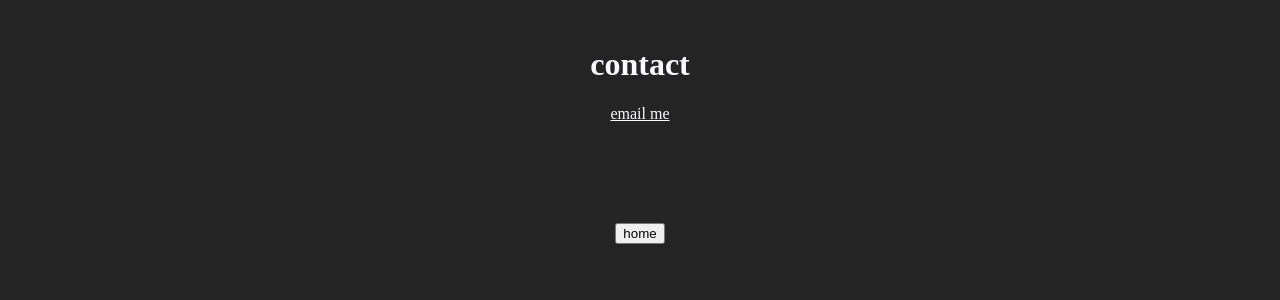
Repository: yellowspots/geneweb
Page: contactme.html
The author's editor kept a copy of each file at every save. The page is drawn from the files as they stood at one save, then again after the next save.
The browser window is 1280 px wide. The pictures show the whole page.

Above is the page before, as saved 2024-05-02 23:55:05.

### contactme.html
<!DOCTYPE html>
<html>
    <link rel="stylesheet" type="text/css" href="styles.css">
<head>
    <title>contact</title>
</head>
<body>
    <h1>contact</h1>
    <a href="yellowstripesbluespots@protonmail.com">email me</a>
</body>
<footer>
    <button class="home-button" onclick="window.location.href='index.html'">
        <span>home</span>
    </button>
</footer>
</html>

### styles.css
body {
    background: rgb(36, 36, 36);
    text-align: center;
    margin: 0;
    padding: 25px;
}

#worldmap {
    margin: 20px;
}

#worldmap svg {
    background: rgba(68, 71, 72, 0.4);
    border-radius: 200px;
    box-shadow: 0 0 10px rgba(0, 0, 0, 0.4);
}

.land {
    fill: rgba(143, 142, 142, 0.94);
}

#globesarecool {
    color: #855982;
}

h1, h2, a, p {
    color: rgb(250, 250, 254);
}

.my-button {
    width: auto;
    cursor: finger;
    max-width: 160px;
    padding: 10px;
    box-sizing: border-box;
    white-space: nowrap;
    overflow: hidden;
    text-overflow: ellipsis;
}

.home-button {
    cursor: pointer;
    max-width: 160px;
    margin-top: 100px;
    margin-bottom: 100px;
}


@media only screen and (max-width: 600px) {
    .buttons {
        flex-direction: row !important;
        flex-wrap: wrap;
        justify-content: center;
    }
}


@media only screen and (max-width: 600px) {
    h2, #globesarecool {
        font-size: 4vw; /* Reduce font size on smaller screens */
    }
}

After the next save:
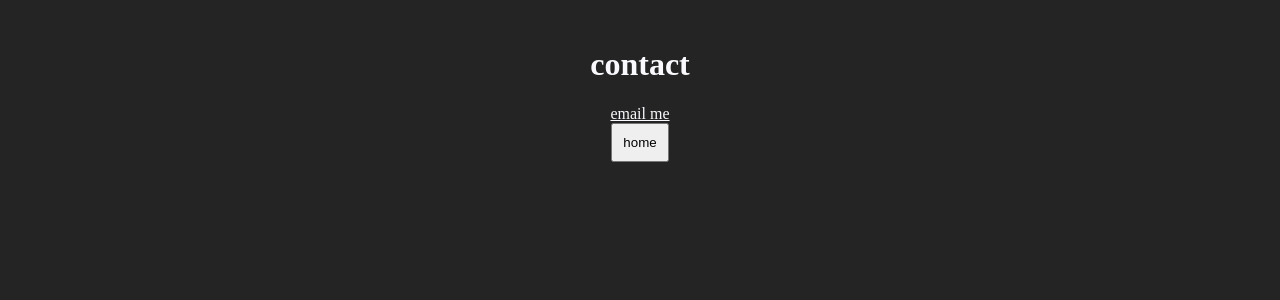
Saved 54 s later.
--- a/styles.css
+++ b/styles.css
@@ -39,10 +39,14 @@
 }
 
 .home-button {
-    cursor: pointer;
+    width: auto;
+    cursor: finger;
     max-width: 160px;
-    margin-top: 100px;
-    margin-bottom: 100px;
+    padding: 10px;
+    box-sizing: border-box;
+    white-space: nowrap;
+    overflow: hidden;
+    text-overflow: ellipsis;
 }
 
 

After the save that followed:
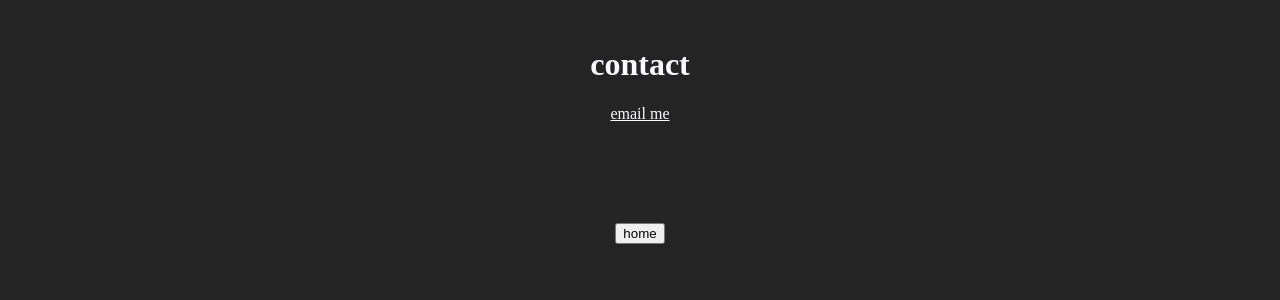
Saved 10 s later.
--- a/styles.css
+++ b/styles.css
@@ -39,14 +39,11 @@
 }
 
 .home-button {
-    width: auto;
-    cursor: finger;
+    cursor: pointer;
     max-width: 160px;
-    padding: 10px;
-    box-sizing: border-box;
-    white-space: nowrap;
-    overflow: hidden;
-    text-overflow: ellipsis;
+    margin-top: 100px;
+    margin-bottom: 100px;
+    gap: 200px;
 }
 
 
